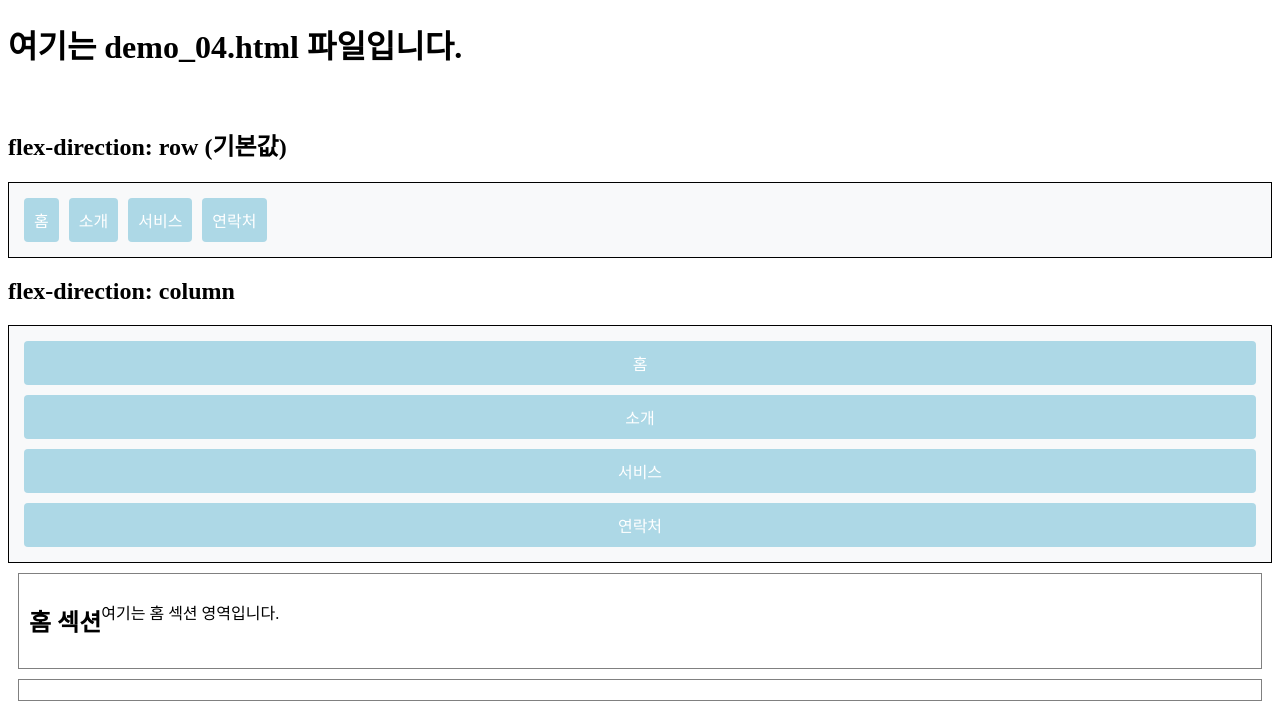
Repository: kimmingyeong225/totalJSP
Page: class_flexbox_011/src/main/webapp/demo_04.html
The author's editor kept a copy of each file at every save. The page is drawn from the files as they stood at one save, then again after the next save.
The browser window is 1280 px wide. The pictures show the whole page.

Above is the page before, as saved 2024-07-01 01:27:30.

### class_flexbox_011/src/main/webapp/demo_04.html
<!DOCTYPE html>
<html>
<head>
<meta charset="UTF-8">
<title>인라인 블록 요소 예시</title>
<style type="text/css">
    .navbar1{
        display:flex;
        border: 1px solid black;
        background-color: #f8f9fa;
        padding: 10px;
    }
    .nav-item1{
        margin:5px;
        padding:10px;
        background-color:lightblue;
        color: white;
        text-align: center;
        border-radius:4px;
        text-decoration: none;
    }
    .navbar2{
        display:flex;
        border: 1px solid black;
        background-color: #f8f9fa;
        padding: 10px;
        flex-direction: column;
    }
    .nav-item2{
        margin:5px;
        padding:10px;
        background-color:lightblue;
        color: white;
        text-align: center;
        border-radius:4px;
        text-decoration: none;
    }
    .content1{
        margin: 10px;
        display:flex;
        border: 1px solid gray;
        padding: 10px;
    }

</style>
</head>
<body>
    <!-- http://localhost:8080/demo1/demo_04.html -->
    <h1>여기는 demo_04.html 파일입니다.</h1>
    <br>

    <h2>flex-direction: row (기본값)</h2>
        <div class="navbar1">
            <a href="#home" class="nav-item1">홈</a>
            <a href="#about" class="nav-item1">소개</a>
            <a href="#services" class="nav-item1">서비스</a>
            <a href="#contact" class="nav-item1">연락처</a>
        </div>

    <h2>flex-direction: column</h2>
        <div class="navbar2">
            <a href="#home" class="nav-item2">홈</a>
            <a href="#about" class="nav-item2">소개</a>
            <a href="#services" class="nav-item2">서비스</a>
            <a href="#contact" class="nav-item2">연락처</a>
        </div>

    <div class="content1">
    	<h2>홈 섹션</h2>
    	<p>여기는 홈 섹션 영역입니다. </p>
    </div>

    <div class="content1">
    </div>

</body>
</html>

After the next save:
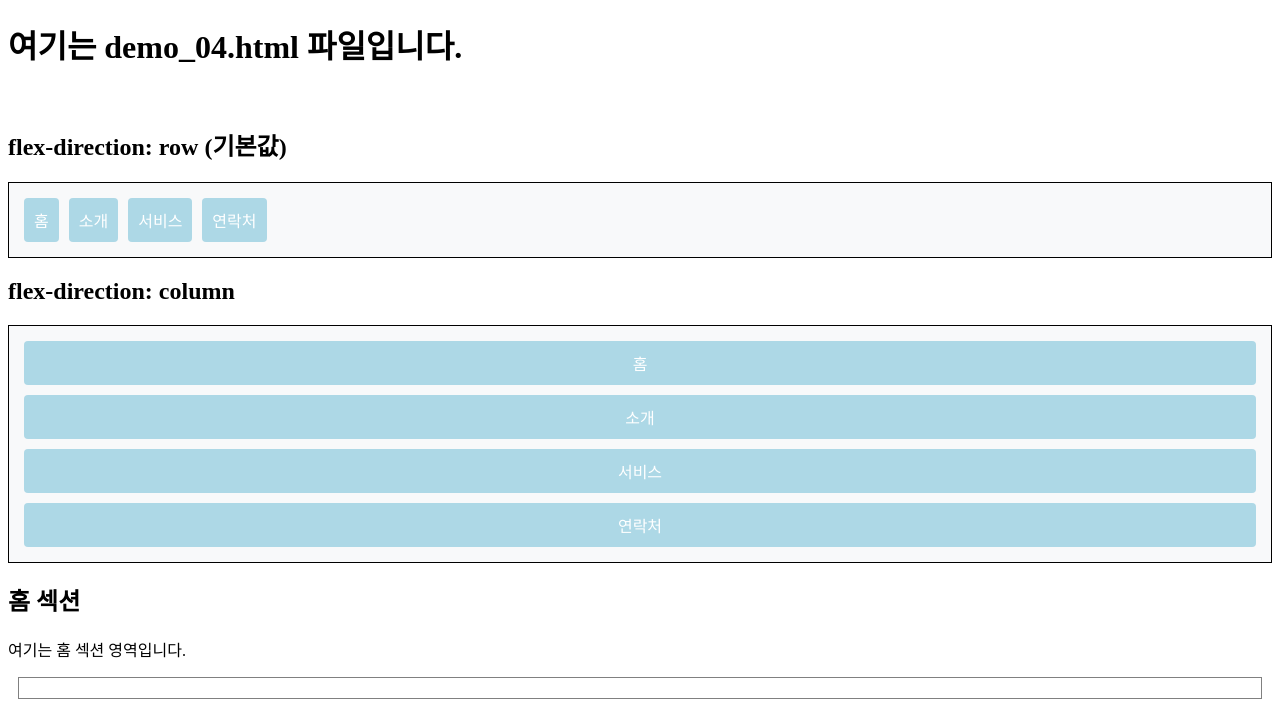
Saved 26 s later.
--- a/class_flexbox_011/src/main/webapp/demo_04.html
+++ b/class_flexbox_011/src/main/webapp/demo_04.html
@@ -65,7 +65,7 @@
             <a href="#contact" class="nav-item2">연락처</a>
         </div>
 
-    <div class="content1">
+    <div>
     	<h2>홈 섹션</h2>
     	<p>여기는 홈 섹션 영역입니다. </p>
     </div>
